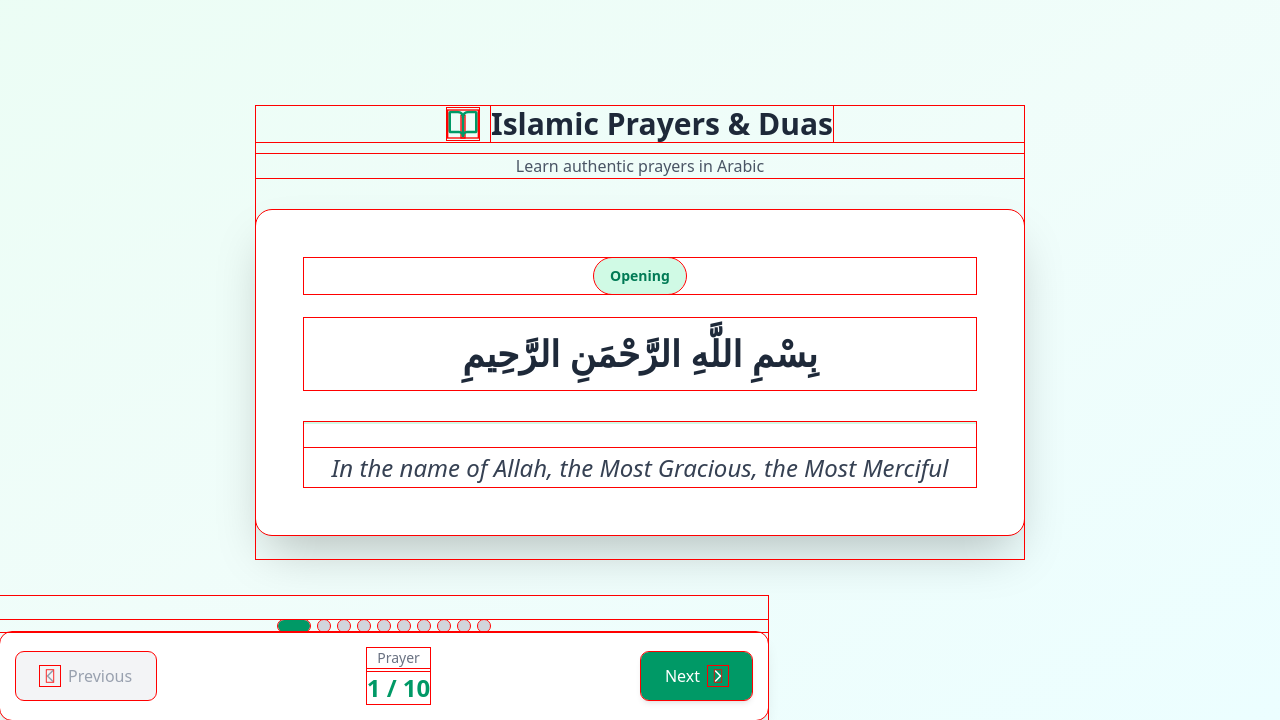
Repository: AbdulquddusMuhammad/prayerApp2.0
Page: /
The author's editor kept a copy of each file at every save. The page is drawn from the files as they stood at one save, then again after the next save.
The browser window is 1280 px wide. The pictures show the whole page.
The project was rebuilt for these pictures with package versions that can differ from the ones it lists, and the page was loaded fresh each time. Also part of the build but not shown: vite.config.js.

Above is the page before, as saved 2026-01-18 09:10:21.

### index.html
<!DOCTYPE html>
<html lang="en">
  <head>
    <meta charset="UTF-8" />
    <link rel="icon" type="image/sng" href="/prayerAppLogo.png" />
    <meta name="viewport" content="width=device-width, initial-scale=1.0" />
    <title>prayerapp2-0</title>
  </head>
  <body>
    <div id="root"></div>
    <script type="module" src="/src/main.jsx"></script>
  </body>
</html>

### src/main.jsx
import { registerSW } from "virtual:pwa-register";
import { StrictMode } from "react";
import { createRoot } from "react-dom/client";
import "./index.css";
import App from "./App.jsx";

createRoot(document.getElementById("root")).render(
  <StrictMode>
    <App />
  </StrictMode>
);

registerSW({
  onNeedRefresh() {},
  onOfflineReady() {},
});

### src/index.css
@import "tailwindcss";

* {
  outline: 1px solid red;
}

### src/App.jsx
import React, { useState } from "react";
import { ChevronLeft, ChevronRight, BookOpen } from "lucide-react";

const App = () => {
  // Arabic prayers and phrases stored in JavaScript object
  const prayersData = {
    prayers: [
      {
        id: 1,
        arabic: "بِسْمِ اللَّهِ الرَّحْمَنِ الرَّحِيمِ",
        translation: "In the name of Allah, the Most Gracious, the Most Merciful",
        category: "Opening",
      },
      {
        id: 2,
        arabic: "الْحَمْدُ لِلَّهِ رَبِّ الْعَالَمِينَ",
        translation: "All praise is due to Allah, Lord of all the worlds",
        category: "Praise",
      },
      {
        id: 3,
        arabic: "اللَّهُمَّ صَلِّ عَلَى مُحَمَّدٍ وَعَلَى آلِ مُحَمَّدٍ",
        translation: "O Allah, send blessings upon Muhammad and the family of Muhammad",
        category: "Salawat",
      },
      {
        id: 4,
        arabic: "سُبْحَانَ اللَّهِ وَالْحَمْدُ لِلَّهِ وَلَا إِلَهَ إِلَّا اللَّهُ وَاللَّهُ أَكْبَرُ",
        translation: "Glory be to Allah, and praise be to Allah, and there is no god but Allah, and Allah is the Greatest",
        category: "Dhikr",
      },
      {
        id: 5,
        arabic: "رَبَّنَا آتِنَا فِي الدُّنْيَا حَسَنَةً وَفِي الْآخِرَةِ حَسَنَةً وَقِنَا عَذَابَ النَّارِ",
        translation: "Our Lord, give us good in this world and good in the Hereafter, and protect us from the punishment of the Fire",
        category: "Dua",
      },
      {
        id: 6,
        arabic: "اللَّهُمَّ إِنِّي أَسْأَلُكَ الْهُدَى وَالتُّقَى وَالْعَفَافَ وَالْغِنَى",
        translation: "O Allah, I ask You for guidance, piety, chastity, and self-sufficiency",
        category: "Dua",
      },
      {
        id: 7,
        arabic: "رَبِّ اشْرَحْ لِي صَدْرِي وَيَسِّرْ لِي أَمْرِي",
        translation: "My Lord, expand my chest and make my task easy for me",
        category: "Dua",
      },
      {
        id: 8,
        arabic: "لَا إِلَهَ إِلَّا أَنْتَ سُبْحَانَكَ إِنِّي كُنْتُ مِنَ الظَّالِمِينَ",
        translation: "There is no deity except You; exalted are You. Indeed, I have been of the wrongdoers",
        category: "Dua",
      },
      {
        id: 9,
        arabic: "اللَّهُمَّ إِنِّي أَعُوذُ بِكَ مِنَ الْهَمِّ وَالْحَزَنِ",
        translation: "O Allah, I seek refuge in You from anxiety and grief",
        category: "Protection",
      },
      {
        id: 10,
        arabic: "حَسْبُنَا اللَّهُ وَنِعْمَ الْوَكِيلُ",
        translation: "Allah is sufficient for us, and He is the best Disposer of affairs",
        category: "Trust in Allah",
      },
    ],
  };

  const [currentIndex, setCurrentIndex] = useState(0);
  const currentPrayer = prayersData.prayers[currentIndex];

  const goToNext = () => {
    setCurrentIndex((prev) => (prev < prayersData.prayers.length - 1 ? prev + 1 : prev));
  };

  const goToPrevious = () => {
    setCurrentIndex((prev) => (prev > 0 ? prev - 1 : prev));
  };

  return (
    <div className="min-h-screen bg-gradient-to-br from-emerald-50 via-teal-50 to-cyan-50 flex items-center justify-center p-4">
      <div className="max-w-3xl w-full mb-14">
        {/* Header */}
        <div className="text-center mb-8">
          <div className="flex items-center justify-center gap-3 mb-3">
            <BookOpen className="w-8 h-8 text-emerald-600" />
            <h1 className="text-3xl font-bold text-gray-800">Islamic Prayers & Duas</h1>
          </div>
          <p className="text-gray-600">Learn authentic prayers in Arabic</p>
        </div>

        {/* Prayer Card */}
        <div className="bg-white rounded-2xl shadow-2xl p-8 md:p-12 mb-6">
          {/* Category Badge */}
          <div className="text-center mb-6">
            <span className="inline-block px-4 py-2 bg-emerald-100 text-emerald-700 text-sm font-semibold rounded-full">{currentPrayer.category}</span>
          </div>

          {/* Arabic Text */}
          <div className="mb-8 text-center" dir="rtl">
            <p className="text-3xl md:text-4xl font-bold text-gray-800 leading-loose">{currentPrayer.arabic}</p>
          </div>

          {/* Translation */}
          <div className="border-t-2 border-emerald-100 pt-6">
            <p className="text-xl md:text-2xl text-gray-700 text-center italic leading-relaxed">{currentPrayer.translation}</p>
          </div>
        </div>

        {/* Navigation Controls */}
        <div className="_navigation_ fixed bottom-0 left-0 max-w-3xl w-full">
          {/* Progress Dots */}
          <div className="flex justify-center gap-2 mt-6">
            {prayersData.prayers.map((_, index) => (
              <button key={index} onClick={() => setCurrentIndex(index)} className={`w-3 h-3 rounded-full transition-all ${index === currentIndex ? "bg-emerald-600 w-8" : "bg-gray-300 hover:bg-gray-400"}`} />
            ))}
          </div>
          <div className="flex items-center justify-between bg-white rounded-xl shadow-lg p-4">
            <button onClick={goToPrevious} disabled={currentIndex === 0} className={`flex items-center gap-2 px-6 py-3 rounded-lg font-medium transition-all ${currentIndex === 0 ? "bg-gray-100 text-gray-400 cursor-not-allowed" : "bg-emerald-600 text-white hover:bg-emerald-700 shadow-md"}`}>
              <ChevronLeft className="w-5 h-5" />
              Previous
            </button>

            <div className="text-center">
              <p className="text-sm text-gray-500 mb-1">Prayer</p>
              <p className="text-2xl font-bold text-emerald-600">
                {currentIndex + 1} / {prayersData.prayers.length}
              </p>
            </div>

            <button onClick={goToNext} disabled={currentIndex === prayersData.prayers.length - 1} className={`flex items-center gap-2 px-6 py-3 rounded-lg font-medium transition-all ${currentIndex === prayersData.prayers.length - 1 ? "bg-gray-100 text-gray-400 cursor-not-allowed" : "bg-emerald-600 text-white hover:bg-emerald-700 shadow-md"}`}>
              Next
              <ChevronRight className="w-5 h-5" />
            </button>
          </div>
        </div>
      </div>
    </div>
  );
};

export default App;

After the next save:
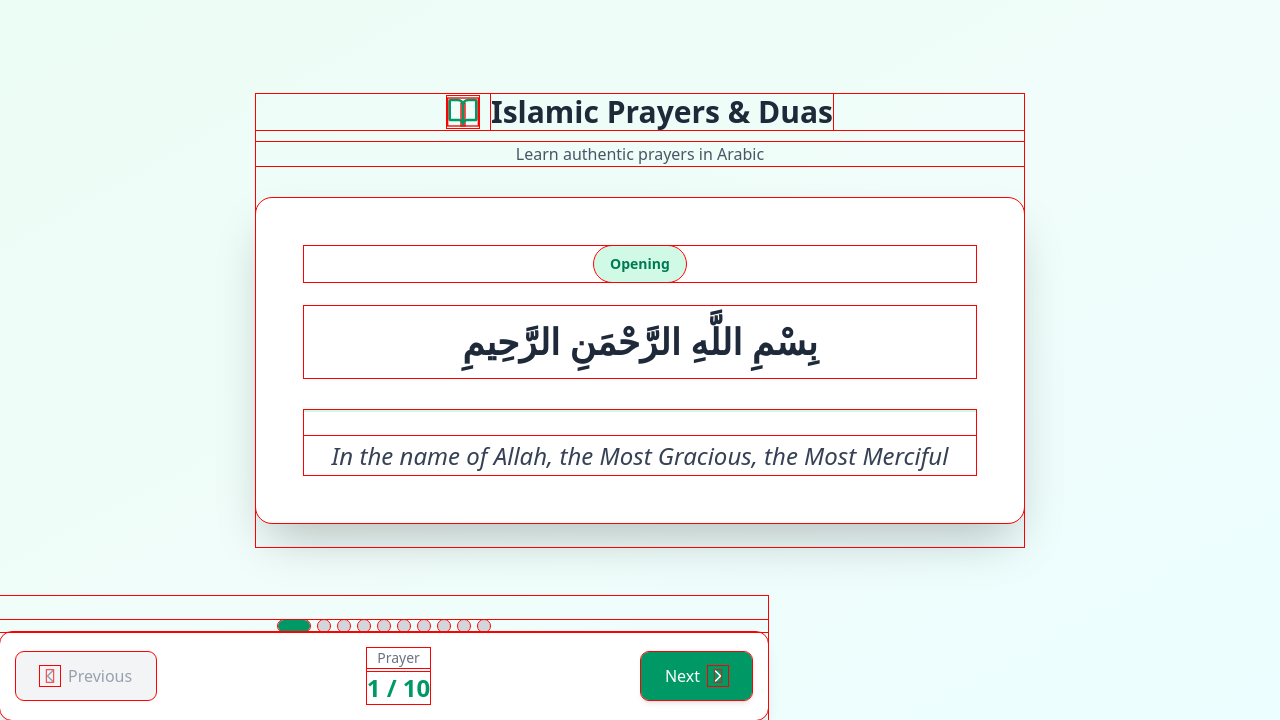
Saved 15 s later.
--- a/src/App.jsx
+++ b/src/App.jsx
@@ -81,7 +81,7 @@ const App = () => {
 
   return (
     <div className="min-h-screen bg-gradient-to-br from-emerald-50 via-teal-50 to-cyan-50 flex items-center justify-center p-4">
-      <div className="max-w-3xl w-full mb-14">
+      <div className="max-w-3xl w-full mb-20">
         {/* Header */}
         <div className="text-center mb-8">
           <div className="flex items-center justify-center gap-3 mb-3">
